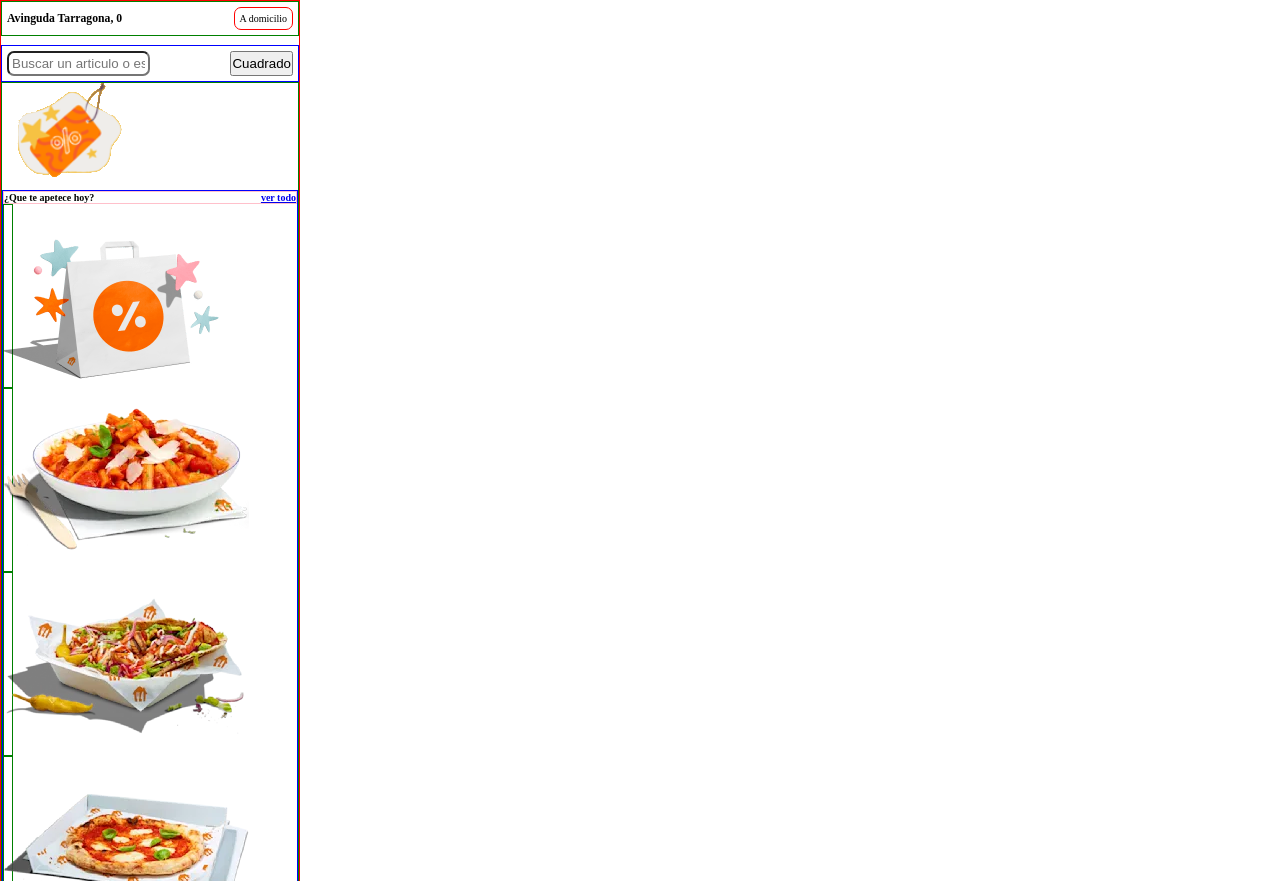
Repository: Srpinedaa/justEat
Page: index.html
The author's editor kept a copy of each file at every save. The page is drawn from the files as they stood at one save, then again after the next save.
The browser window is 1280 px wide. The pictures show the part of the page from y = 0 to 881 px (the page is 1992 px tall before and 1935 px after).
A picture or video elsewhere on the page could not be fetched, so the positions and the page height are approximate.

Above is the page before, as saved 2024-09-26 16:18:08.

After the next save:
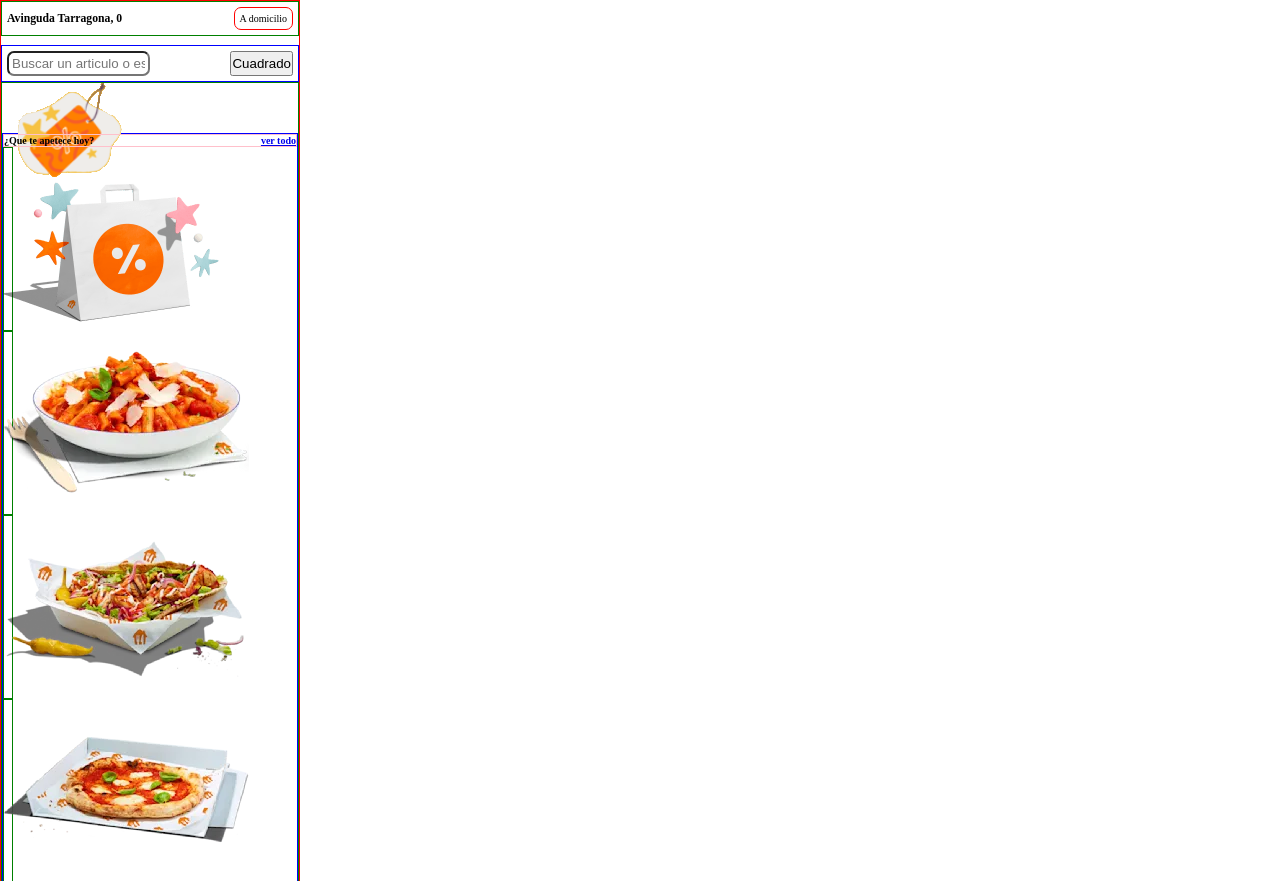
Saved 5 s later.
--- a/css/estilos.css
+++ b/css/estilos.css
@@ -27,7 +27,7 @@
 
 #slideShow{
     width: 100%;
-    height: 50;
+    height: 5rem;
 }
 
 .formaPedido{
